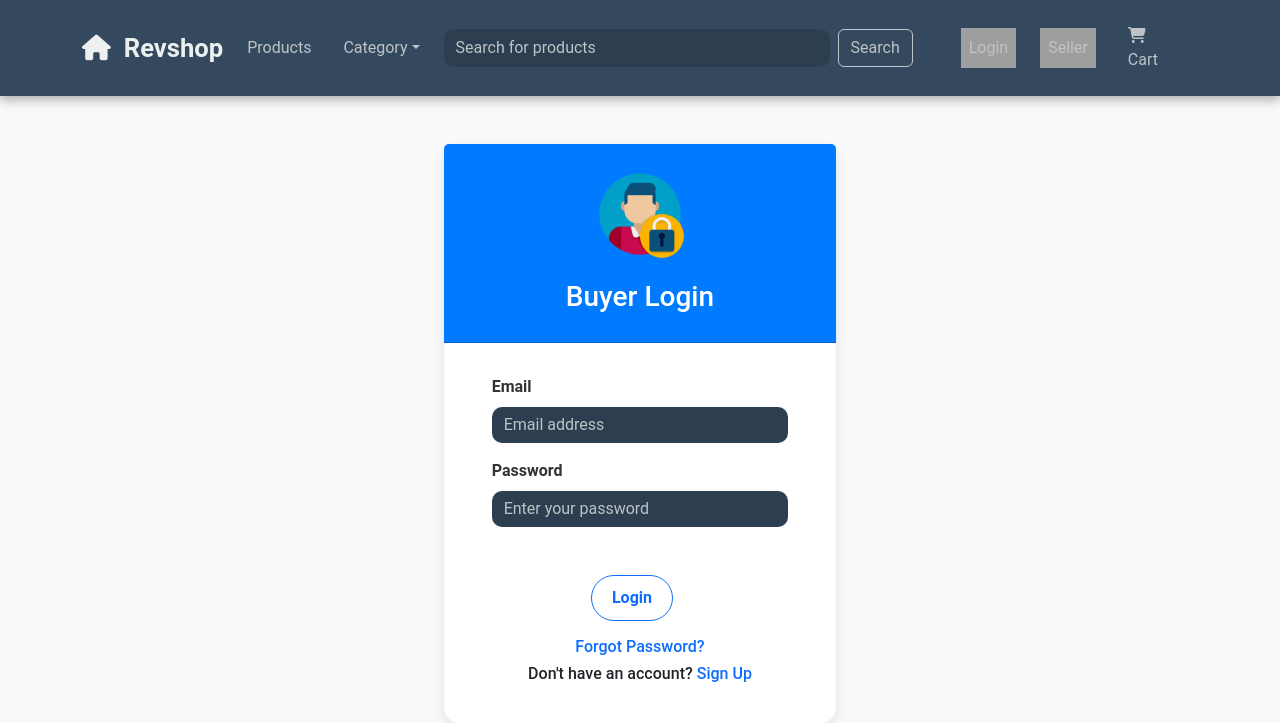
Repository: pratikp99/E-Commerce-Webapp-
Page: http://localhost/Revshop_WebApp/login.jsp
These files come from the project's save history. The page is drawn as it stood at one moment and after the next save; the edit follows.
The browser window is 1280 px wide. The pictures show the whole page.
Pictures or frames that could not be fetched are drawn as grey boxes. The page is served by Tomcat 10. Queries for data that is not in the repository find no rows.

Above is the page before, as saved 2024-08-31 18:24:39.

After the next save:
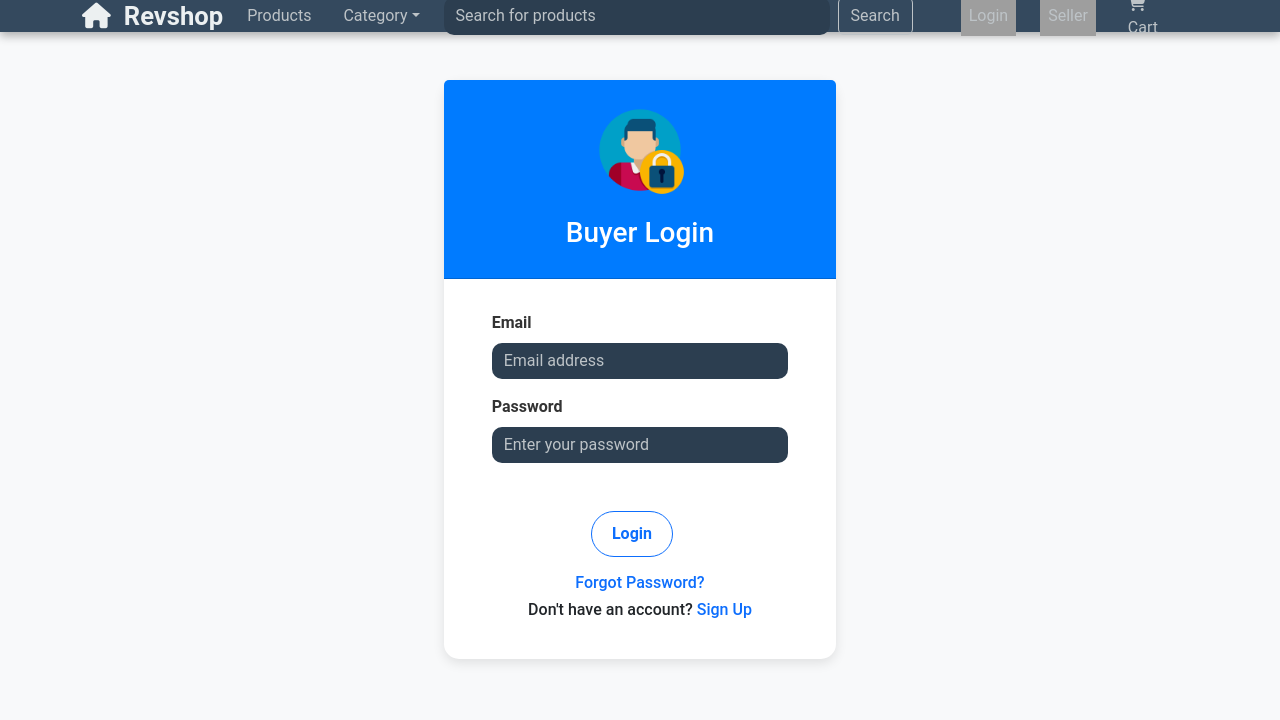
Saved 110 s later.
--- a/Revshop WebApp/src/main/webapp/Components/navbar.jsp
+++ b/Revshop WebApp/src/main/webapp/Components/navbar.jsp
@@ -21,7 +21,7 @@
     background-color: #34495e;
     padding: 1rem;
     box-shadow: 0px 4px 10px rgba(0, 0, 0, 0.3);
-    max-height:17vh;
+    max-height:1vh;
 }
 
 .navbar-brand {

After the save that followed:
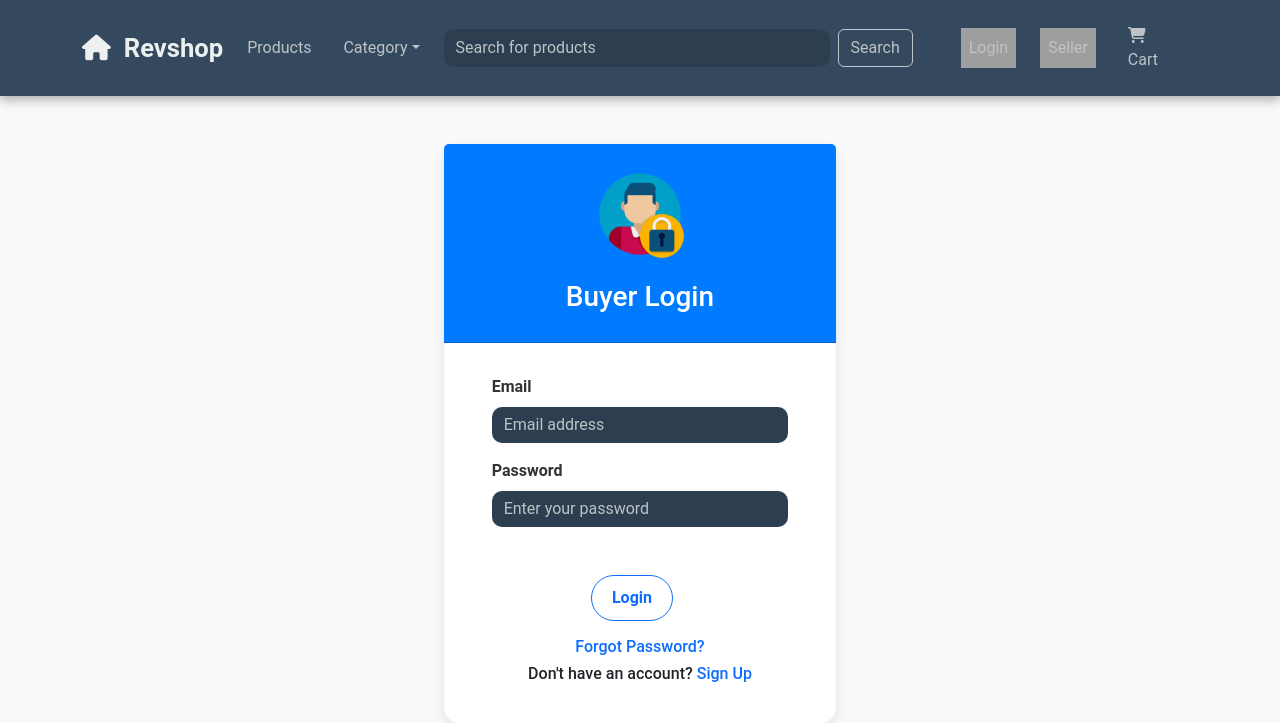
Saved 14 s later.
--- a/Revshop WebApp/src/main/webapp/Components/navbar.jsp
+++ b/Revshop WebApp/src/main/webapp/Components/navbar.jsp
@@ -21,7 +21,7 @@
     background-color: #34495e;
     padding: 1rem;
     box-shadow: 0px 4px 10px rgba(0, 0, 0, 0.3);
-    max-height:1vh;
+    max-height:15vh;
 }
 
 .navbar-brand {
